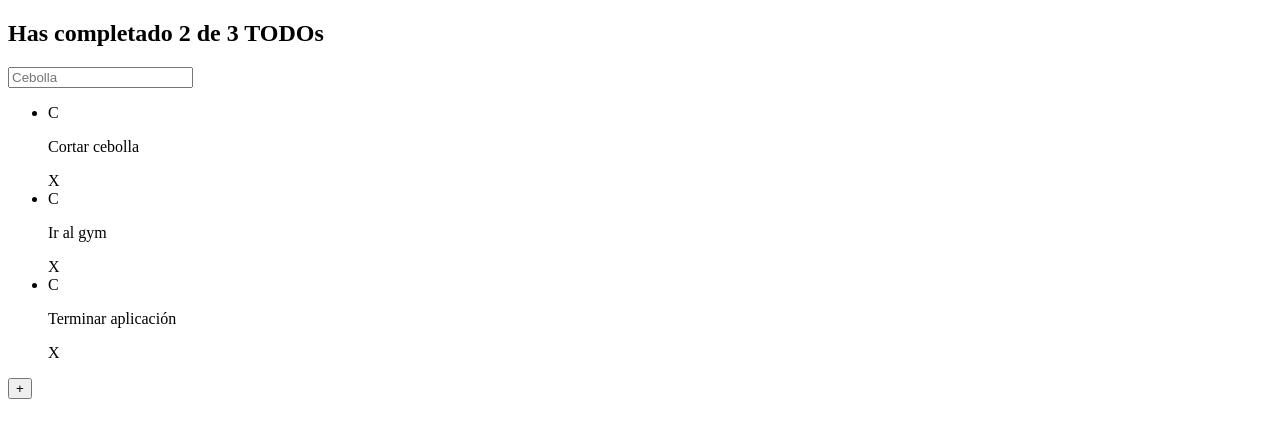
Repository: Pandrea-hub/TODOs
Page: /
These files come from the project's save history. The page is drawn as it stood at one moment and after the next save; the edit follows.
The browser window is 1280 px wide. The pictures show the whole page.
The project was rebuilt for these pictures with package versions that can differ from the ones it lists, and the page was loaded fresh each time.

Above is the page before, as saved 2022-06-05 20:37:21.

### src/index.js
import React from 'react';
import ReactDOM from 'react-dom/client';
//import './index.css';
import App from './App';


const root = ReactDOM.createRoot(document.getElementById('root'));
root.render(
  <App/>
);

### src/App.js
//import './App.css';
import React from 'react';
import { TodoCounter } from './TodoCounter';
import { TodoItem } from './TodoItem';
import { CreateTodoButton } from './CreateTodoButton';
import { TodoList } from './TodoList';
import { TodoSearch } from './TodoSearch';


const todos = [
  {text: 'Cortar cebolla',completed: false},
  {text: 'Ir al gym',completed: false},
  {text: 'Terminar aplicación',completed: false},
]


function App() {
  return (
    <React.Fragment>
      <TodoCounter />
      <TodoSearch />


      <TodoList>
        {todos.map(todo =>(
          <TodoItem key={todo.text} text={todo.text}/>
        ))}
      </TodoList>
      <CreateTodoButton />
    </React.Fragment>

  );
}

export default App;

### src/TodoCounter.js
import React from 'react';



const estilos ={
    color:'red',
    backgroundColor:'yellow',
};



function TodoCounter(){
    return (
        <h2>Has completado 2 de 3 TODOs</h2>
    );
}

export { TodoCounter };

### src/TodoItem.js
import React from 'react';

function TodoItem(props){
    return (
        <li>
            <span>C</span>
            <p>{props.text}</p>
            <span>X</span>
        </li>
    );

}

export {TodoItem};

### src/CreateTodoButton.js
import React from 'react';

function CreateTodoButton(props){
    return(
        <button>+</button>
    );
}

export {CreateTodoButton};

### src/TodoList.js
import React from "react";


function TodoList(props){
    return(
        <section>
            <ul>
                {props.children}
            </ul>
        </section>

    );
}


export {TodoList};

### src/TodoSearch.js
import React from 'react';


function TodoSearch(){
    return(
        <input placeholder="Cebolla" />
    );
}

export { TodoSearch};

Loaded but not shown: public/index.html (common file)

After the next save:
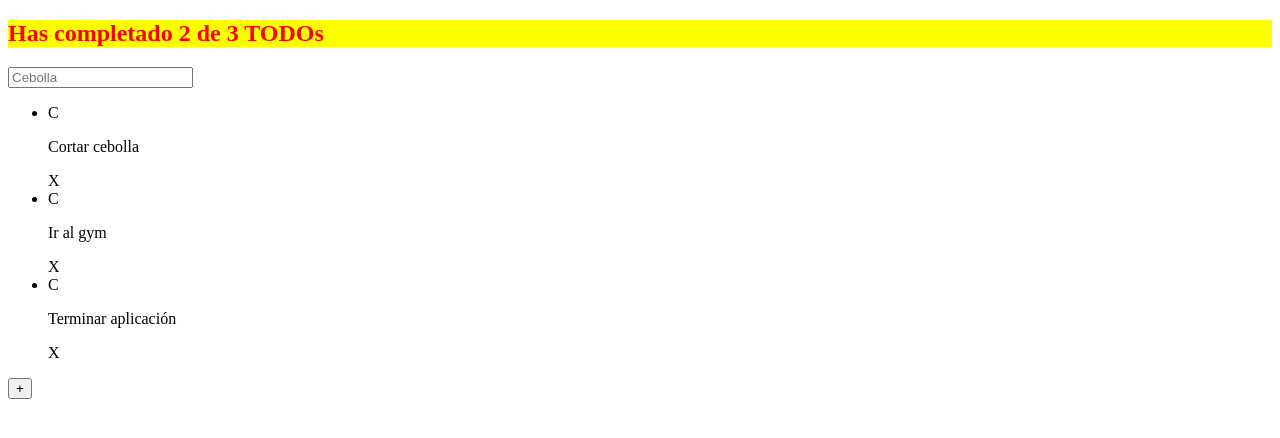
Saved 9 s later.
--- a/src/TodoCounter.js
+++ b/src/TodoCounter.js
@@ -11,7 +11,7 @@
 
 function TodoCounter(){
     return (
-        <h2>Has completado 2 de 3 TODOs</h2>
+        <h2 style={estilos}>Has completado 2 de 3 TODOs</h2>
     );
 }
 

After the save that followed:
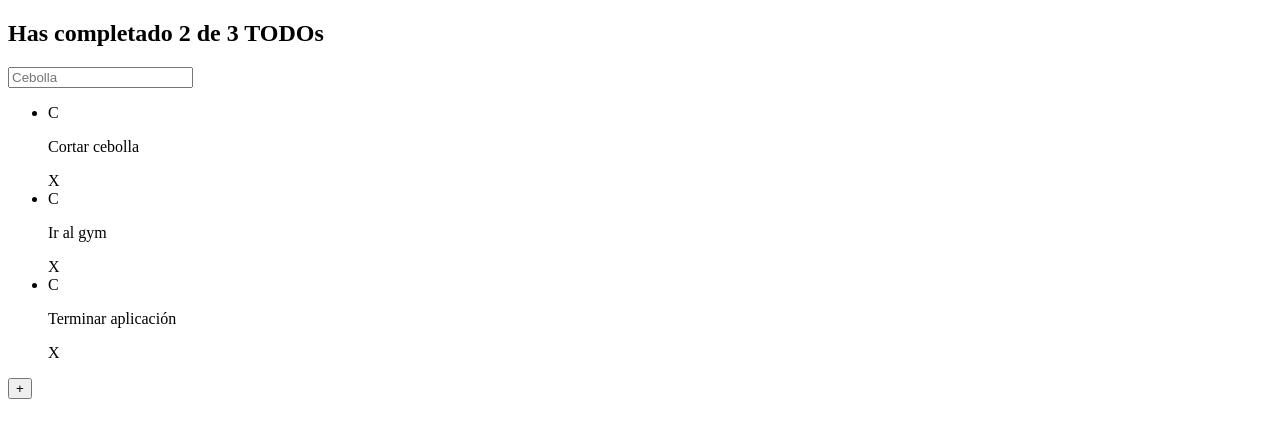
Saved 2 min 46 s later.
--- a/src/TodoCounter.js
+++ b/src/TodoCounter.js
@@ -2,16 +2,12 @@
 
 
 
-const estilos ={
-    color:'red',
-    backgroundColor:'yellow',
-};
 
 
 
 function TodoCounter(){
     return (
-        <h2 style={estilos}>Has completado 2 de 3 TODOs</h2>
+        <h2>Has completado 2 de 3 TODOs</h2>
     );
 }
 
